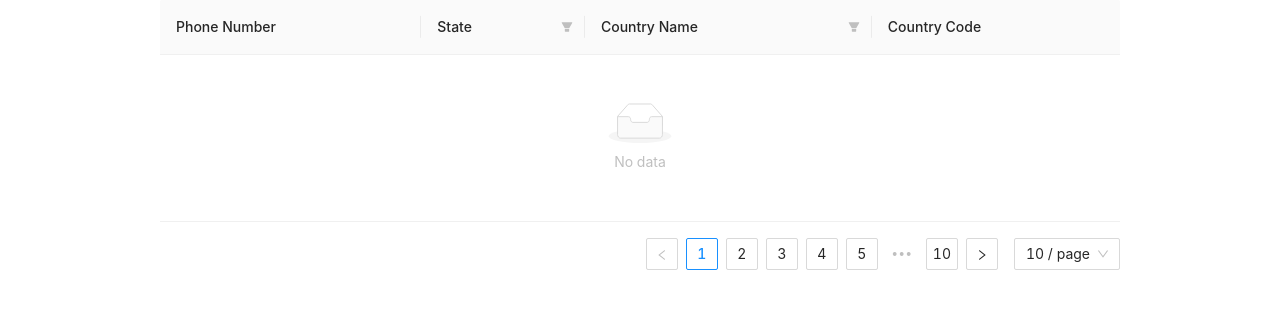
Repository: MohamedMedhat96/jumia-phone-directory-task
Page: / (app in jumia-task-frontend/)
These files come from the project's save history. The page is drawn as it stood at one moment and after the next save; the edit follows.
The browser window is 1280 px wide. The pictures show the whole page.
The page's requests for data from a server got no answer. The project was rebuilt for these pictures with package versions that can differ from the ones it lists, and the page was loaded fresh each time. No one was signed in, and anything a server would have sent is missing.

Above is the page before, as saved 2021-10-15 16:07:39.

### jumia-task-frontend/src/App.js
import { Table } from "antd";
import Search from "antd/lib/input/Search";
import "antd/dist/antd.css";
import { useEffect, useState } from "react";
import axios from "axios";

function App() {

  const [pagination, setPagination] = useState({ page: 1, size: 10, total: 100 })
  const [rows, setRows] = useState([])

  useEffect(() => {
    const url = 'http://localhost:8080/phoneNumber/search' + "?page=" + pagination.page + "&size=" + pagination.size;
    axios({ method: 'get', url: url }).then((response) => {
      const newPagination = { page: pagination.page, size: pagination.size, total: response.data.totalElements }
      setPagination(newPagination)
      setRows(response.data.phoneNumbers)
    })
  }, [])

  const stateSearch = () => {
    return <div>
      <Search
        placeholder="Search"
        onChange={e => console.log(e.target.value)}
        onPressEnter={console.log("search")}>
      </Search> </div>
  }
  const columns = [
    { title: "Phone Number", dataIndex: "phoneNumber", key: "phoneNumber" },
    { title: "State", dataIndex: "state", key: "state", filters: [{ text: "True", value: "true" }, { text: "False", value: "false" }] },
    { title: "Country Name", dataIndex: "countryName", key: "countryName", filterDropdown: stateSearch },
    { title: "Country Code", dataIndex: "countryCode", key: "countryCode" }
  ]
  return (
    <Table
      columns={columns}
      data={rows}
      style={{ width: '75%', height: '100%', display: 'block', marginLeft: 'auto', marginRight: 'auto' }}
      pagination={pagination}>
    </Table >
  );
}

export default App;

Loaded but not shown: jumia-task-frontend/public/index.html (common file); jumia-task-frontend/src/index.js (common file); jumia-task-frontend/src/index.css (common file)

After the next save:
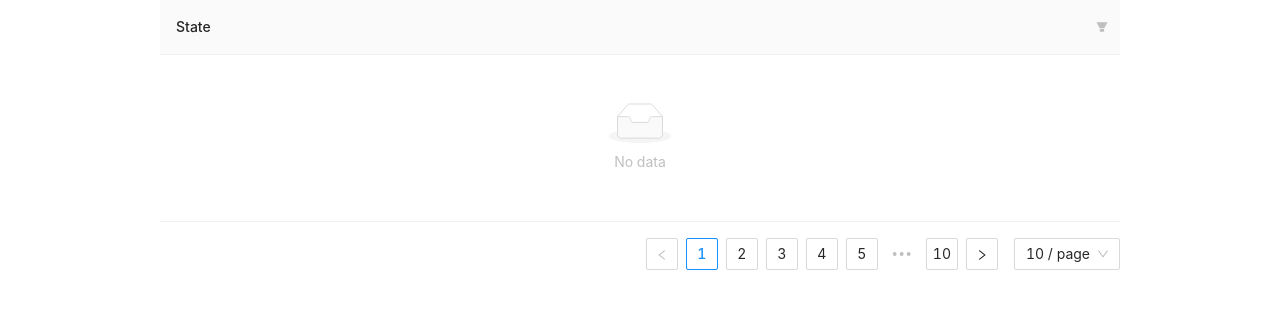
Saved 71 s later.
--- a/jumia-task-frontend/src/App.js
+++ b/jumia-task-frontend/src/App.js
@@ -27,10 +27,10 @@ function App() {
       </Search> </div>
   }
   const columns = [
-    { title: "Phone Number", dataIndex: "phoneNumber", key: "phoneNumber" },
-    { title: "State", dataIndex: "state", key: "state", filters: [{ text: "True", value: "true" }, { text: "False", value: "false" }] },
-    { title: "Country Name", dataIndex: "countryName", key: "countryName", filterDropdown: stateSearch },
-    { title: "Country Code", dataIndex: "countryCode", key: "countryCode" }
+    // { title: "Phone Number", dataIndex: "phoneNumber", key: "phoneNumber" },
+    { title: "State", dataIndex: "state", key: "state", filters: [{ text: "True", value: "true" }, { text: "False", value: "false" }] }
+    //{ title: "Country Name", dataIndex: "countryName", key: "countryName", filterDropdown: stateSearch },
+    //{ title: "Country Code", dataIndex: "countryCode", key: "countryCode" }
   ]
   return (
     <Table
